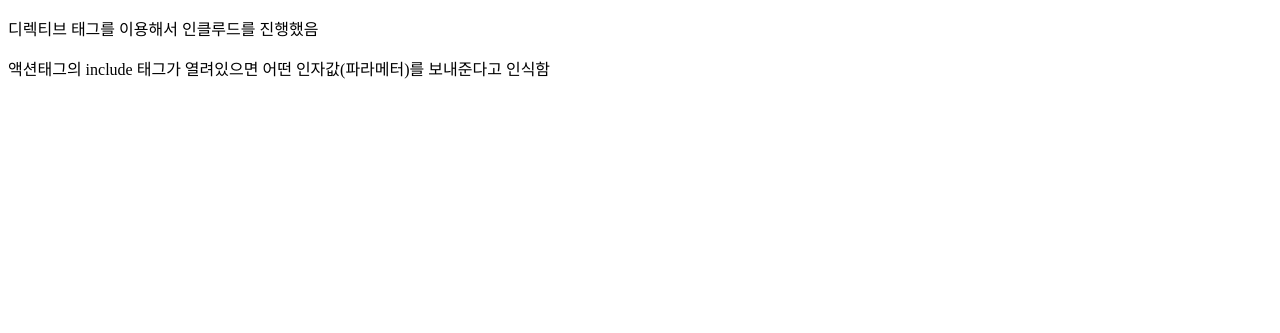
Repository: SanctusAlbino/Jsp_Servlet
Page: http://localhost/03.Tag/03.Action/Ex02_IncludeMain.jsp
These files come from the project's save history. The page is drawn as it stood at one moment and after the next save; the edit follows.
The browser window is 1280 px wide. The pictures show the whole page.
The page is served by Tomcat 9.

Above is the page before, as saved 2023-05-19 03:39:58.

After the next save:
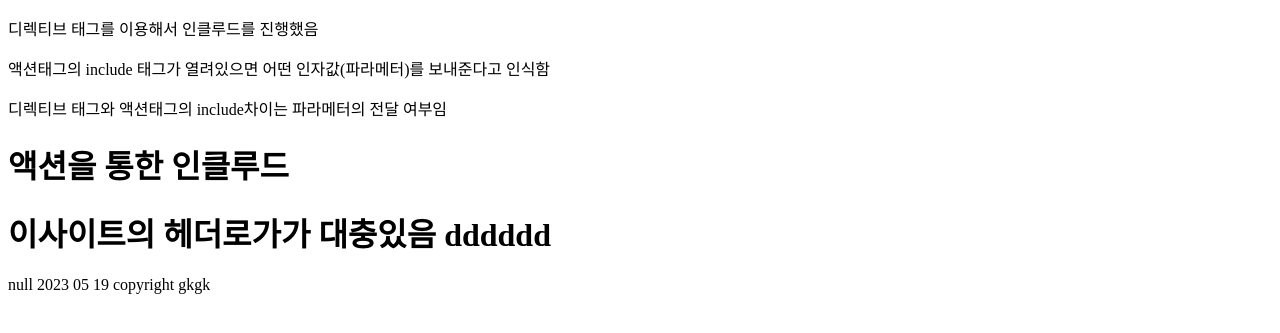
Saved 4 min 38 s later.
--- a/03.Tag/src/main/webapp/03.Action/Ex02_IncludeMain.jsp
+++ b/03.Tag/src/main/webapp/03.Action/Ex02_IncludeMain.jsp
@@ -9,5 +9,17 @@
 <body>
 	<p>디렉티브 태그를 이용해서 인클루드를 진행했음</p>
 	<p>액션태그의 include 태그가 열려있으면 어떤 인자값(파라메터)를 보내준다고 인식함</p>
+	<p>디렉티브 태그와 액션태그의 include차이는 파라메터의 전달 여부임</p>
+
+	<h1>액션을 통한 인클루드</h1>
+
+	<jsp:include page="Ex02Header.jsp">
+		<jsp:param value="headerContent" name="header"/>
+	</jsp:include>
+
+	<jsp:include page="Ex02Footer.jsp">
+		<jsp:param value="footerContent" name="footer"/>
+	</jsp:include>
+
 </body>
 </html>
--- a/03.Tag/src/main/webapp/03.Action/Ex02Header.jsp
+++ b/03.Tag/src/main/webapp/03.Action/Ex02Header.jsp
@@ -1,3 +1,4 @@
 <%@ page language="java" contentType="text/html; charset=UTF-8"
     pageEncoding="UTF-8"%>
 <h1>이사이트의 헤더로가가 대충있음 dddddd</h1>
+<%=request.getParameter("logoname") %>
